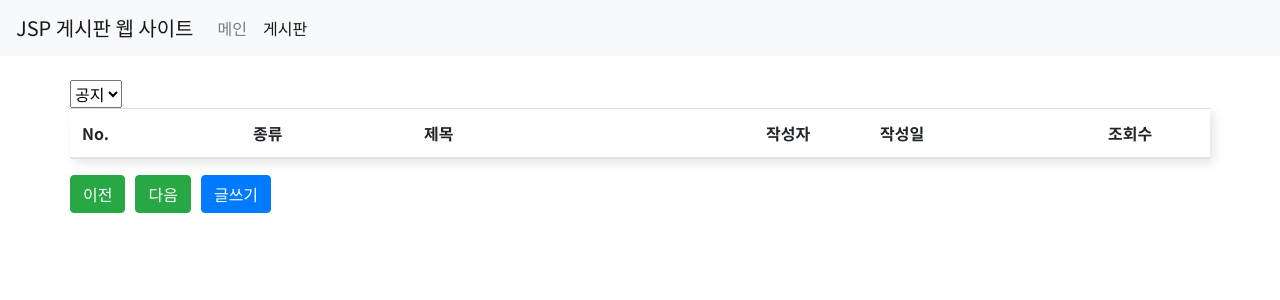
Repository: hz6450/2024-summer-jsp-notice-project
Page: http://localhost/BBS/BBS-FREE.jsp
The author's editor kept a copy of each file at every save. The page is drawn from the files as they stood at one save, then again after the next save.
The browser window is 1280 px wide. The pictures show the whole page.
Some web fonts or font styles are not loaded; a fallback is used. Some web libraries are served in a nearby version. The page is served by Tomcat 10. Other server files are loaded and not shown. Queries for data that is not in the repository find no rows.

Above is the page before, as saved 2024-07-16 04:26:42.

### projects/BBS/src/main/webapp/BBS-FREE.jsp
<%@ page language="java" contentType="text/html; charset=UTF-8"
	pageEncoding="UTF-8"%>
<%@ page import="java.io.PrintWriter"%>
<%@ page import="bbs.BbsDAO"%>
<%@ page import="bbs.Bbs"%>
<%@ page import="java.util.ArrayList"%>
<!DOCTYPE html>
<html>
<link rel="stylesheet" href="css/custom-font.css">
<head>
<meta charset="UTF-8">
<meta name="viewport" content="width=device-width, initial-scale=1">
<title>JSP 게시판 웹 사이트</title>
<link rel="stylesheet"
	href="https://stackpath.bootstrapcdn.com/bootstrap/4.5.2/css/bootstrap.min.css">
<style type="text/css">
/* Custom CSS styles can go here */
#bbs-table {
	box-shadow: 4px 4px 10px rgba(0, 0, 0, 0.1);
}

#bbs-table th, #bbs-table td {
	vertical-align: middle;
}

.btn-arrow-left {
	margin-right: 10px;
}
</style>
</head>

<body>
	<%
	String userID = null;
	if (session.getAttribute("userID") != null) {
		userID = (String) session.getAttribute("userID");

	}
	int pageNumber = 1;
	if (request.getParameter("pageNumber") != null) {
		pageNumber = Integer.parseInt(request.getParameter("pageNumber"));
	}
	%>

	<nav class="navbar navbar-expand-lg navbar-light bg-light">
		<a class="navbar-brand" href="main.jsp">JSP 게시판 웹 사이트</a>
		<button class="navbar-toggler" type="button" data-toggle="collapse"
			data-target="#bs-example-navbar-collapse-1"
			aria-controls="bs-example-navbar-collapse-1" aria-expanded="false"
			aria-label="Toggle navigation">
			<span class="navbar-toggler-icon"></span>
		</button>

		<div class="collapse navbar-collapse"
			id="bs-example-navbar-collapse-1">
			<ul class="navbar-nav mr-auto">
				<li class="nav-item"><a class="nav-link" href="main.jsp">메인</a>
				</li>
				<li class="nav-item active"><a class="nav-link" href="BBS.jsp">게시판</a>
				</li>
			</ul>
		</div>
	</nav>

	<div class="container mt-4">
		<div class="row">
			<table class="table table-striped" id="bbs-table">
				<thead>
					<select name="bbsCategory" id="bbsCategory">
						<option value="공지">공지</option>
						<option value="자유">자유</option>
						<option value="질문">질문</option>
					</select>

					<tr>
						<th scope="col" style="width: 15%">No.</th>
						<th scope="col" style="width: 15%">종류</th>
						<th scope="col" style="width: 30%">제목</th>
						<th scope="col" style="width: 10%">작성자</th>
						<th scope="col" style="width: 20%">작성일</th>
						<th scope="col">조회수</th>
					</tr>
				</thead>
				<tbody>
					<%
					BbsDAO bbsDAO = new BbsDAO();
					ArrayList<Bbs> list = bbsDAO.getList(pageNumber);
					for (int i = 0; i < list.size(); i++) {
					%>
					<tr>
						<td><%=list.get(i).getBbsId()%></td>
						<td><%=list.get(i).getBbsCategory()%></td>
						<td><a href="view.jsp?bbsID=<%=list.get(i).getBbsId()%>"><%=list.get(i).getBbsTitle()%></a></td>
						<td><%=list.get(i).getUserID()%></td>
						<td><%=list.get(i).getBbsDate().substring(0, 16).replace(" ", "<br>")%></td>
						<td><%=list.get(i).getBbsView()%></td>
					</tr>
					<%
					}
					%>
				</tbody>
			</table>

			<div class="d-flex justify-content-between align-items-center">
				<a href="BBS.jsp?pageNumber=<%=pageNumber - 1%>"
					class="btn btn-success btn-arrow-left">이전</a> <a
					href="BBS.jsp?pageNumber=<%=pageNumber + 1%>"
					class="btn btn-success btn-arrow-left">다음</a> <a href="write.jsp"
					class="btn btn-primary">글쓰기</a>
			</div>
		</div>
	</div>

	<script src="https://code.jquery.com/jquery-3.5.1.slim.min.js"></script>
	<script
		src="https://cdn.jsdelivr.net/npm/@popperjs/core@1.16.1/dist/umd/popper.min.js"></script>
	<script
		src="https://stackpath.bootstrapcdn.com/bootstrap/4.5.2/js/bootstrap.min.js"></script>
</body>

</html>

### projects/BBS/src/main/java/bbs/BbsDAO.java
package bbs;

import java.sql.Connection;
import java.sql.DriverManager;
import java.sql.PreparedStatement;
import java.sql.ResultSet;
import java.util.ArrayList;

public class BbsDAO {

	private Connection conn;
	private ResultSet rs;

	public BbsDAO() {
		try {
			String dbURL = "jdbc:mysql://localhost:3306/BBS";
			String dbID = "root";
			String dbPassword = "6450";
			Class.forName("com.mysql.jdbc.Driver");
			conn = DriverManager.getConnection(dbURL, dbID, dbPassword);
		} catch (Exception e) {
			e.printStackTrace();
		}
	}

	public String getDate() {
		String SQL = "SELECT NOW()";
		try {
			PreparedStatement pstmt = conn.prepareStatement(SQL);
			rs = pstmt.executeQuery();
			if (rs.next()) {
				return rs.getString(1);
			}
		} catch (Exception e) {
			e.printStackTrace();
		}
		return "";
	}

	public int getNext() {
		String SQL = "SELECT bbsID FROM BBS ORDER BY bbsID DESC";
		try {
			PreparedStatement pstmt = conn.prepareStatement(SQL);
			rs = pstmt.executeQuery();
			if (rs.next()) {
				return rs.getInt(1) + 1;
			}
		} catch (Exception e) {
			e.printStackTrace();
		}
		return 1;
	}

	public int write(String bbsTitle, String userID, String bbsContent, String bbsCategory) {
		String SQL = "INSERT INTO BBS VALUE(?,?,?,?,?,?,?,?)";
		try {
			PreparedStatement pstmt = conn.prepareStatement(SQL);

			pstmt.setInt(1, getNext());
			pstmt.setString(2, bbsTitle);
			pstmt.setString(3, userID);
			pstmt.setString(4, getDate());
			pstmt.setString(5, bbsContent);
			pstmt.setInt(6, 1);
			pstmt.setInt(7, 0);
			pstmt.setString(8, bbsCategory);
			return pstmt.executeUpdate();
		} catch (Exception e) {
			e.printStackTrace();
		}
		return -1;
	}

	public ArrayList<Bbs> getList(int pageNumber) {
		String SQL = "SELECT * From BBS WHERE bbsID < ? AND bbsAvailable = 1 ORDER BY bbsID DESC LIMIT 5";
		ArrayList<Bbs> list = new ArrayList<Bbs>();
		try {
			PreparedStatement pstmt = conn.prepareStatement(SQL);
			pstmt.setInt(1, getNext() - (pageNumber - 1) * 5);
			rs = pstmt.executeQuery();
			while (rs.next()) {
				Bbs bbs = new Bbs();
				bbs.setBbsId(rs.getInt(1));
				bbs.setBbsTitle(rs.getString(2));
				bbs.setUserID(rs.getString(3));
				bbs.setBbsDate(rs.getString(4));
				bbs.setBbsContent(rs.getString(5));
				bbs.setBbsAvailable(rs.getInt(6));
				bbs.setBbsView(rs.getInt(7));
				bbs.setBbsCategory(rs.getString(8));
				list.add(bbs);
			}
		} catch (Exception e) {
			e.printStackTrace();
		}
		return list;
	}

	public boolean nextPage(int pageNumber) {
		String SQL = "SELECT * From BBS WHERE bbsAvailable = 1 ORDER BY bbsID DESC LIMIT 20";
		try {
			PreparedStatement pstmt = conn.prepareStatement(SQL);
			pstmt.setInt(1, getNext() - (pageNumber - 1) * 5);
			rs = pstmt.executeQuery();
			if (rs.next()) {
				return true;
			}
		} catch (Exception e) {
			e.printStackTrace();
		}
		return false;
	}

	public Bbs getBbs(int bbsID) {
		String SQL = "SELECT * FROM BBS WHERE bbsID = ?";
		try {
			PreparedStatement pstmt = conn.prepareStatement(SQL);
			pstmt.setInt(1, bbsID);
			rs = pstmt.executeQuery();
			if (rs.next()) {
				Bbs bbs = new Bbs();
				bbs.setBbsId(rs.getInt(1));
				bbs.setBbsTitle(rs.getString(2));
				bbs.setUserID(rs.getString(3));
				bbs.setBbsDate(rs.getString(4));
				bbs.setBbsContent(rs.getString(5));
				bbs.setBbsAvailable(rs.getInt(6));
				int bbsView = rs.getInt(7);
				bbs.setBbsCategory(rs.getString(8));
				bbs.setBbsView(bbsView);
				bbsView = bbsView + 1;
				countUpdate(bbsView, bbsID);
				return bbs;
			}
		} catch (Exception e) {
			e.printStackTrace();
		}
		return null;
	}

	public int countUpdate(int bbsCount, int bbsID) {
		String SQL = "update bbs set bbsViews = ? where bbsID = ?";
		try {
			PreparedStatement pstmt = conn.prepareStatement(SQL);
			pstmt.setInt(1, bbsCount);// 물음표의 순서
			pstmt.setInt(2, bbsID);
			return pstmt.executeUpdate();// insert,delete,update
		} catch (Exception e) {
			e.printStackTrace();
		}
		return -1;// 데이터베이스 오류
	}

	public int update(int bbsID, String bbsTitle, String bbsContent) {
		String SQL = "UPDATE BBS SET bbsTitle = ?, bbsContent= ? WHERE bbsID = ?";
		try {
			PreparedStatement pstmt = conn.prepareStatement(SQL);

			pstmt.setString(1, bbsTitle);
			pstmt.setString(2, bbsContent);
			pstmt.setInt(3, bbsID);

			return pstmt.executeUpdate();
		} catch (Exception e) {
			e.printStackTrace();
		}
		return -1;
	}

	public int delete(int bbsID) {
		String SQL = "DELETE FROM BBS WHERE bbsID = ?";
		try {
			PreparedStatement pstmt = conn.prepareStatement(SQL);
			pstmt.setInt(1, bbsID);

			return pstmt.executeUpdate();
		} catch (Exception e) {
			e.printStackTrace();
		}
		return -1;
	}
}

### projects/BBS/src/main/webapp/css/custom-font.css
@charset "UTF-8";

@import url(http://fonts.googleapis.com/earlyaccess/nanumgothic.css);

@import url(http://fonts.googleapis.com/earlyaccess/hanna.css);

@import url('https://fonts.googleapis.com/css2?family=Noto+Sans+KR:wght@100..900&display=swap');

* {
	font-family: "Noto Sans KR";
}

h1 {
	font-family: "Hanna";
}

After the next save:
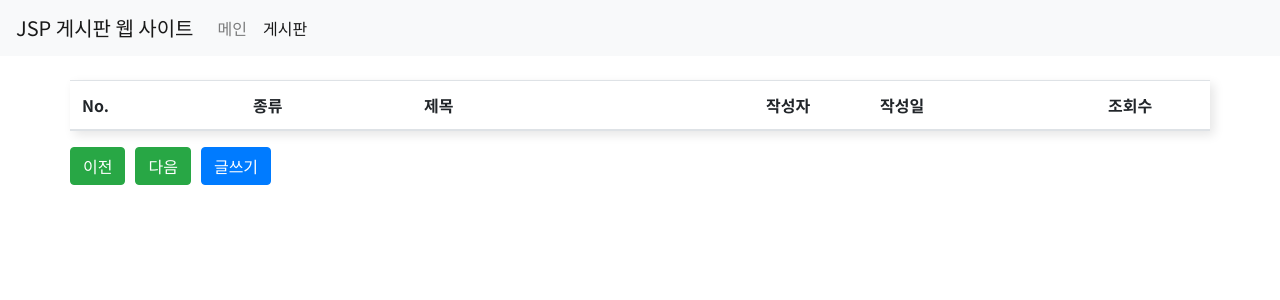
Saved 9 s later.
--- a/projects/BBS/src/main/webapp/BBS-FREE.jsp
+++ b/projects/BBS/src/main/webapp/BBS-FREE.jsp
@@ -66,12 +66,6 @@
 		<div class="row">
 			<table class="table table-striped" id="bbs-table">
 				<thead>
-					<select name="bbsCategory" id="bbsCategory">
-						<option value="공지">공지</option>
-						<option value="자유">자유</option>
-						<option value="질문">질문</option>
-					</select>
-
 					<tr>
 						<th scope="col" style="width: 15%">No.</th>
 						<th scope="col" style="width: 15%">종류</th>
